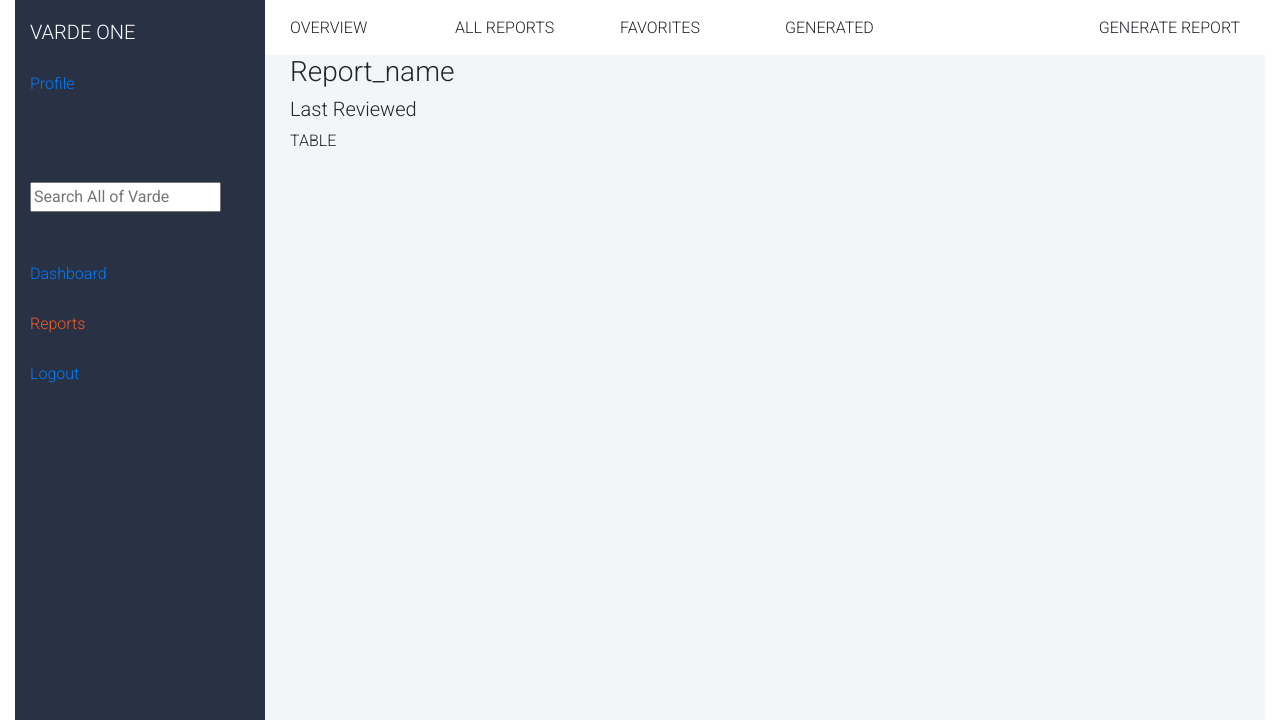
Repository: slavishtipkov/cra-redux
Page: /reports
These files come from the project's save history. The page is drawn as it stood at one moment and after the next save; the edit follows.
The browser window is 1280 px wide. The pictures show the whole page.
The project was rebuilt for these pictures with package versions that can differ from the ones it lists, and the page was loaded fresh each time.

Above is the page before, as saved 2019-07-09 14:03:43.

After the next save:
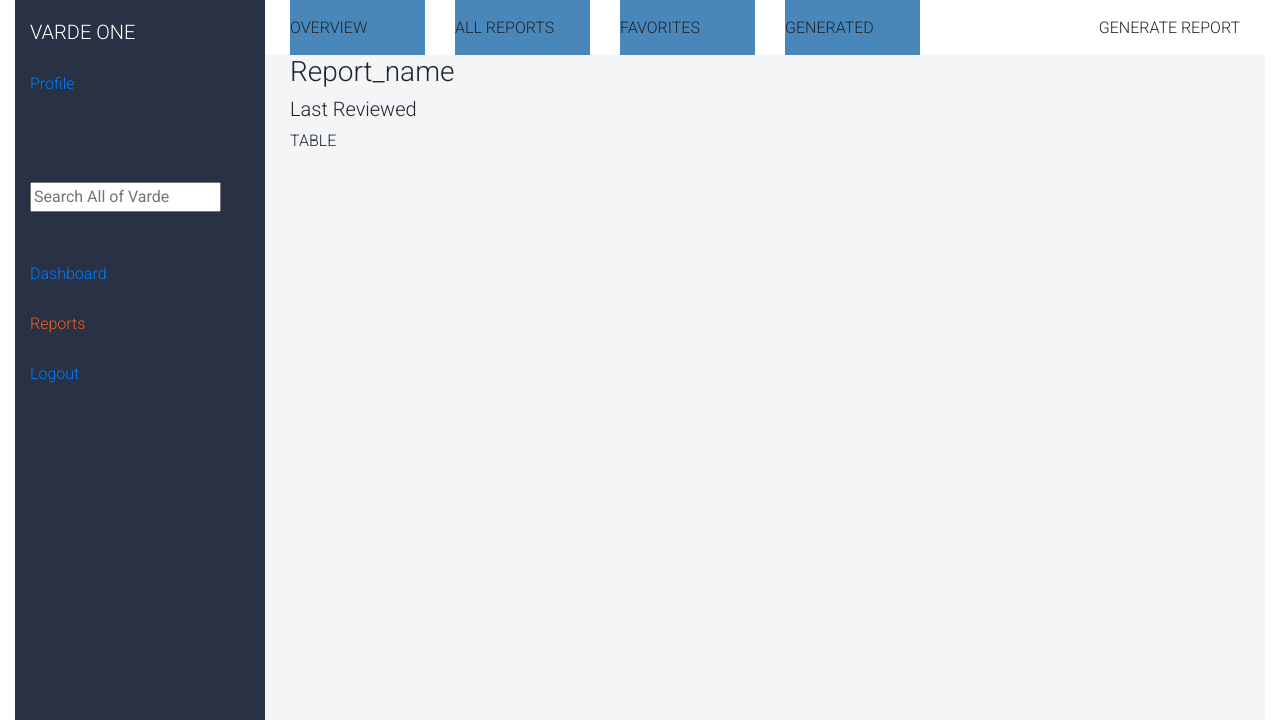
Saved 33 s later.
--- a/src/Components/App/App.scss
+++ b/src/Components/App/App.scss
@@ -31,6 +31,7 @@
             display: block;
             margin-right: 30px;
             width: 135px;
+            background-color: #4986ba;
           }
         }
 
